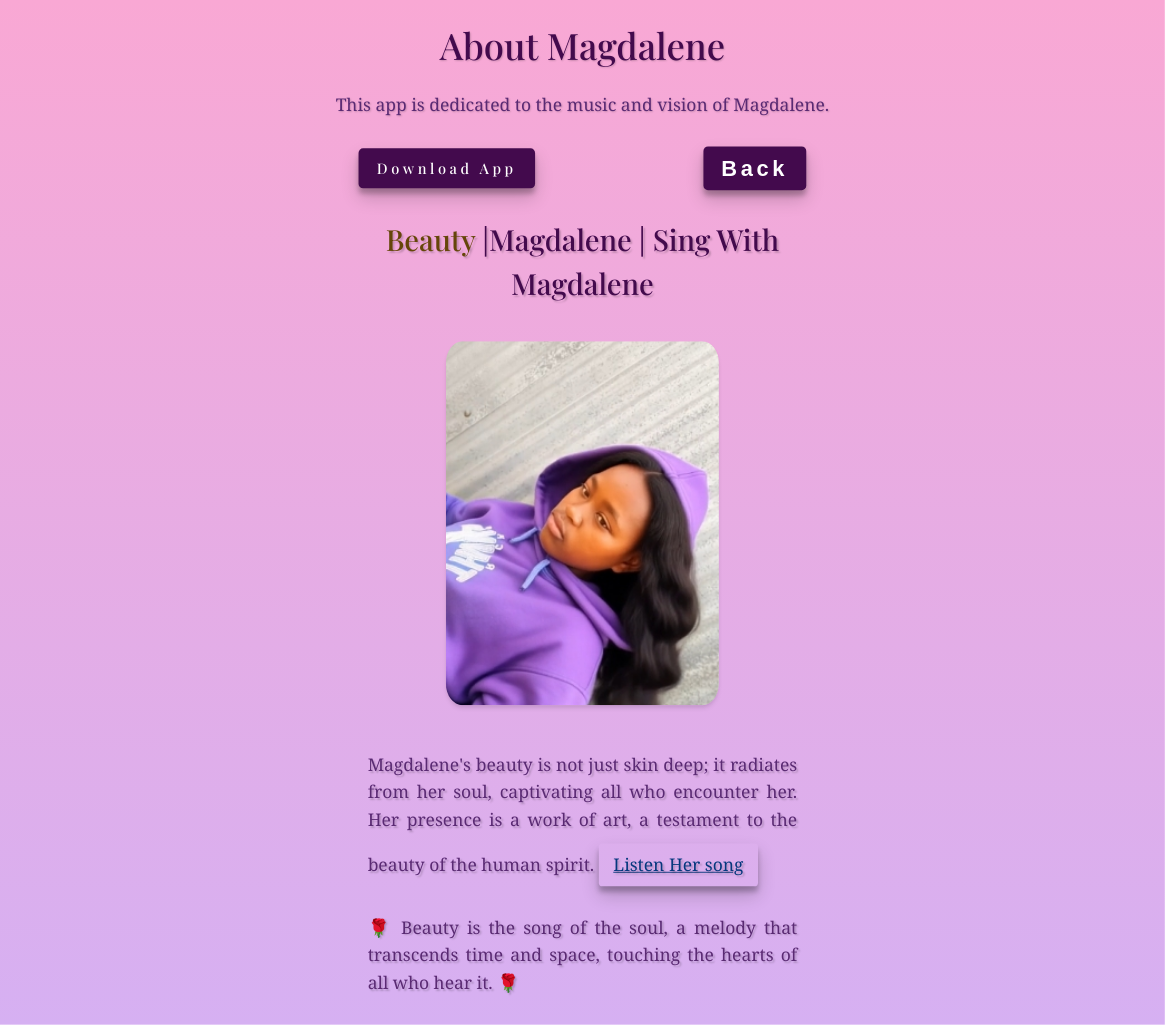
Repository: VladimirGagarin/Meg
Page: /#/about/aboutPerson/Beauty
These files come from the project's save history. The page is drawn as it stood at one moment and after the next save; the edit follows.
The browser window is 1280 px wide. The pictures show the whole page, at 91% of full size.
The project was rebuilt for these pictures with package versions that can differ from the ones it lists, and the page was loaded fresh each time. Also part of the build but not shown: vite.config.js, src/App.jsx, src/components/SongCard.css, src/components/SongCard.jsx, src/pages/HomeScreen.css, src/pages/HomeScreen.jsx, src/components/Controls.jsx, src/pages/SongScreen.css and 7 more. Imported but missing from the stored project, and not drawn on this page: src/assets/audios/Ember2.mp3, src/assets/audios/Empress.mp3, src/assets/audios/Fiesta.mp3, src/assets/audios/Fight_song.mp3, src/assets/audios/Furaha_Yangu.mp3, src/assets/audios/IamMagdalene.mp3, src/assets/audios/The beginning.mp3, src/assets/audios/anthem.mp3 and 35 more.

Above is the page before, as saved 2025-07-23 16:11:22.

After the next save:
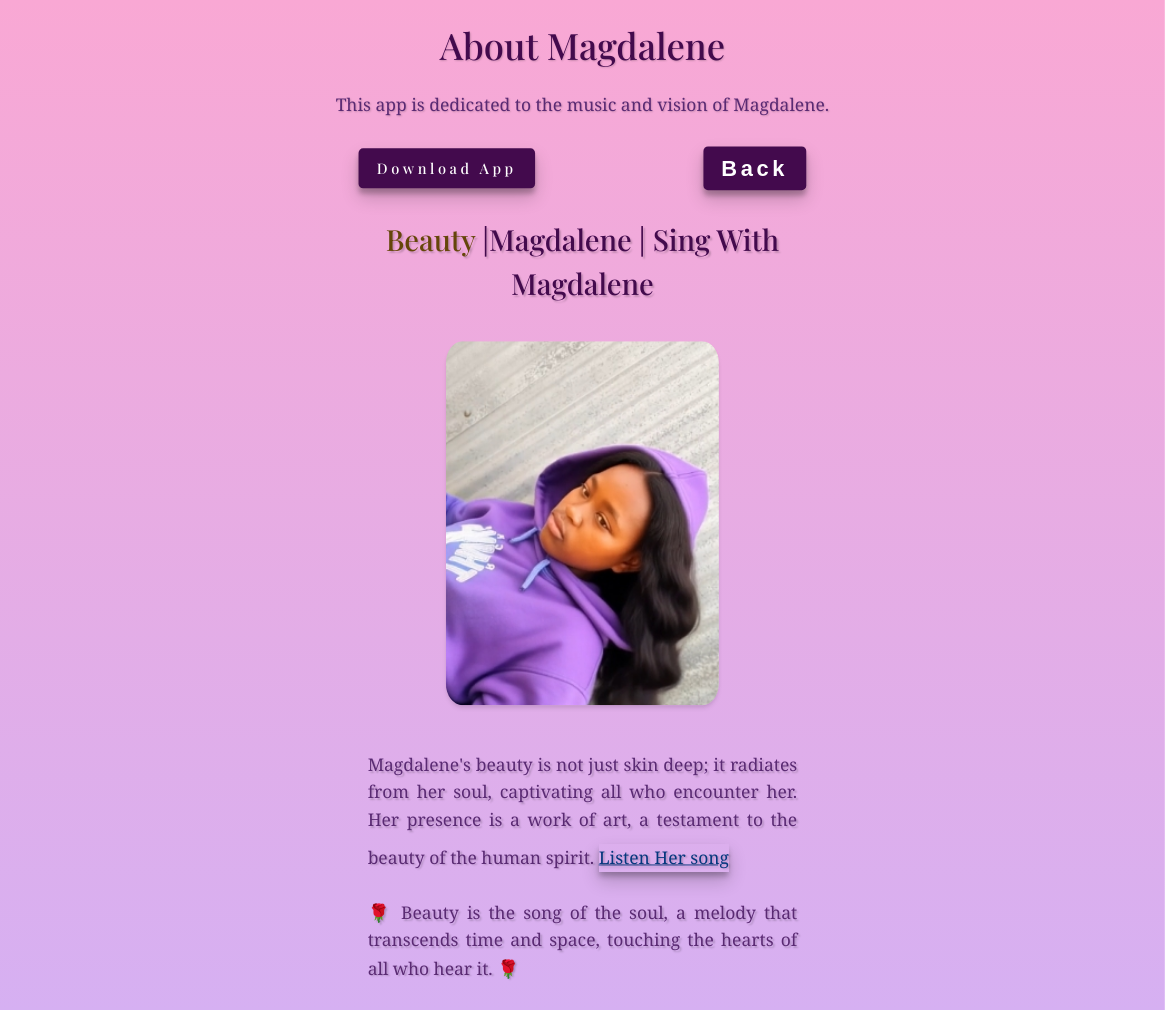
Saved 9 s later.
--- a/src/pages/About.css
+++ b/src/pages/About.css
@@ -192,9 +192,6 @@
 .listen-song-link{
     display: inline-flex;
     align-items: center;
-    gap: 8px;
-    padding: 8px 16px;
-    border-radius: 4px;
     color: #05377d;
     text-decoration: underline;
     font-weight: 500;
